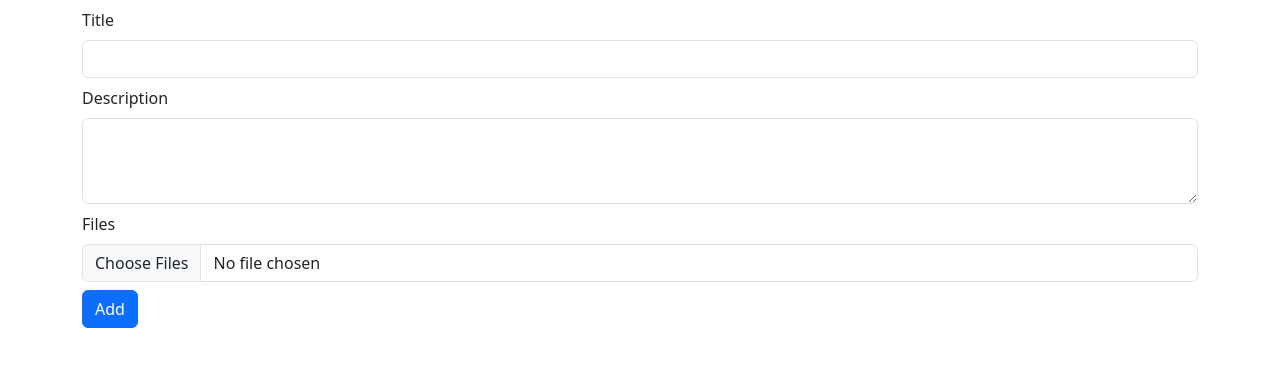
Repository: wasimalbokae2000/blogs
Page: http://localhost/posts/create
An editor plug-in stored every save of this project. The page is shown before and after the next save, followed by the edit.
The browser window is 1280 px wide. The pictures show the whole page.
The page is served by the project's Laravel application, run on PHP 8.4 with Laravel 12.

Above is the page before, as saved 2024-11-27 23:26:12.

After the next save:
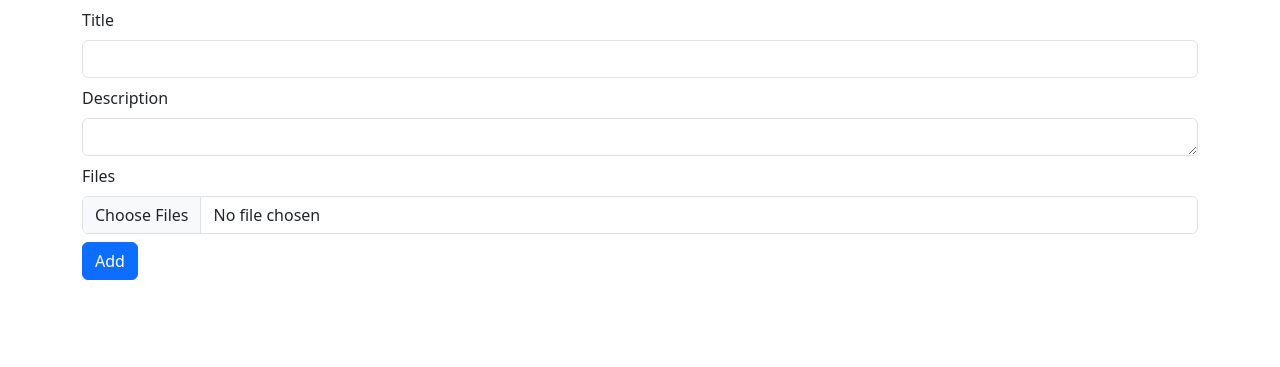
Saved 102 s later.
--- a/resources/views/posts/create.blade.php
+++ b/resources/views/posts/create.blade.php
@@ -10,7 +10,7 @@
             </div>
             <div class="mt-2 mb-2">
                 <label for="description" class="form-label">Description</label>
-                <textarea class="form-control" id="description" rows="3"></textarea>
+                <textarea class="form-control" id="description" rows="1"></textarea>
             </div>
             <div class="mt-2 mb-2">
                 <label for="image" class="form-label">Files</label>
